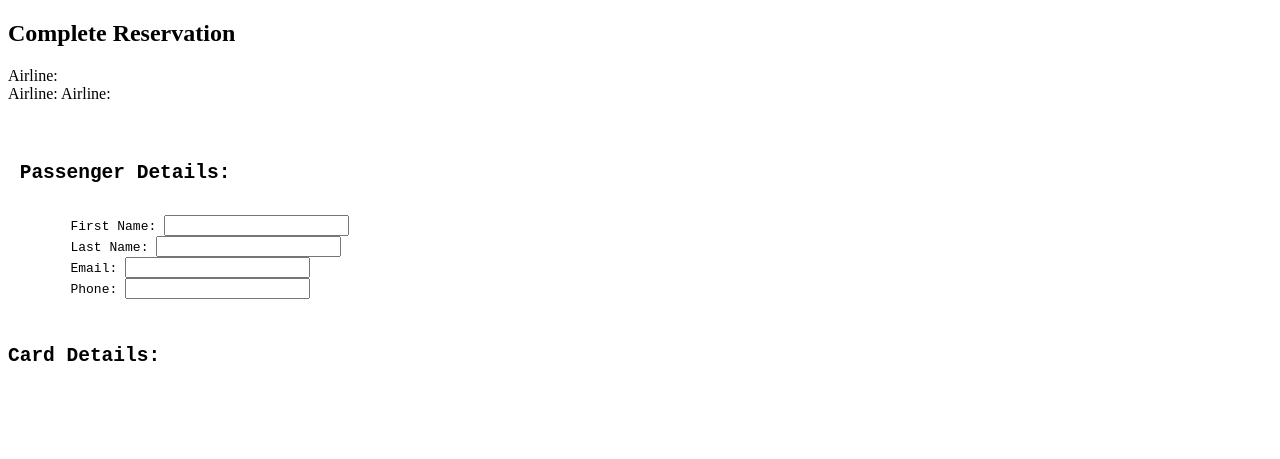
Repository: tanaya13693/EndToEndSpringJpa
Page: http://localhost/flightreservation/WEB-INF/jsps/completeReservation.jsp
An editor plug-in stored every save of this project. The page is shown before and after the next save, followed by the edit.
The browser window is 1280 px wide. The pictures show the whole page.
The page is served by Tomcat 9. Nobody is signed in. The template is opened directly, without the code that normally fills it, so the values that code supplies are empty.

Above is the page before, as saved 2018-08-25 20:36:36.

After the next save:
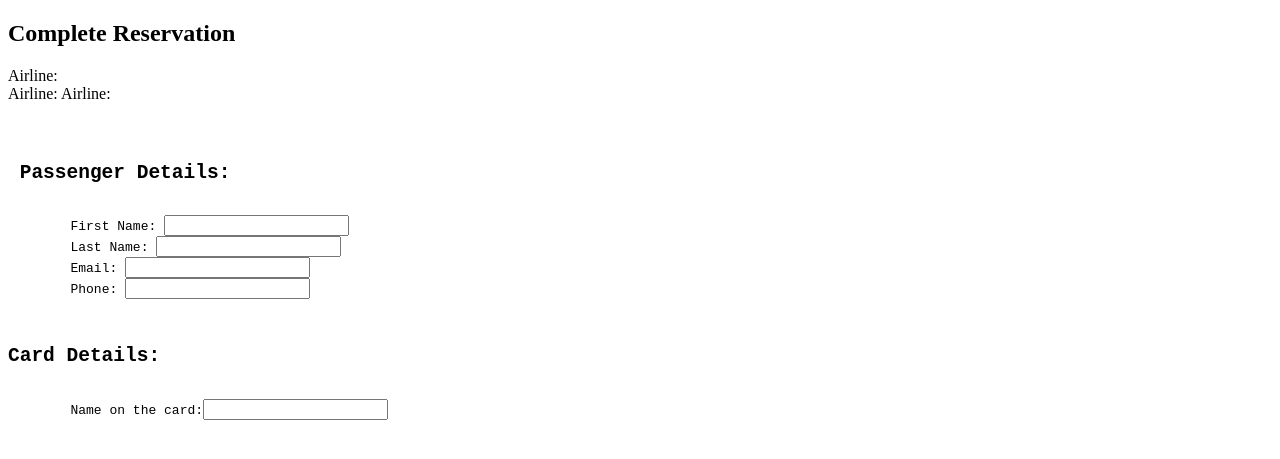
Saved 32 s later.
--- a/flightreservation/src/main/webapp/WEB-INF/jsps/completeReservation.jsp
+++ b/flightreservation/src/main/webapp/WEB-INF/jsps/completeReservation.jsp
@@ -27,6 +27,7 @@
 	Phone: <input type="text" name="passengerPhone"/>
 
 	<h2>Card Details: </h2>
+	Name on the card:<input type="text" name="nameOnTheCard">
 
 </form>
 </body>
